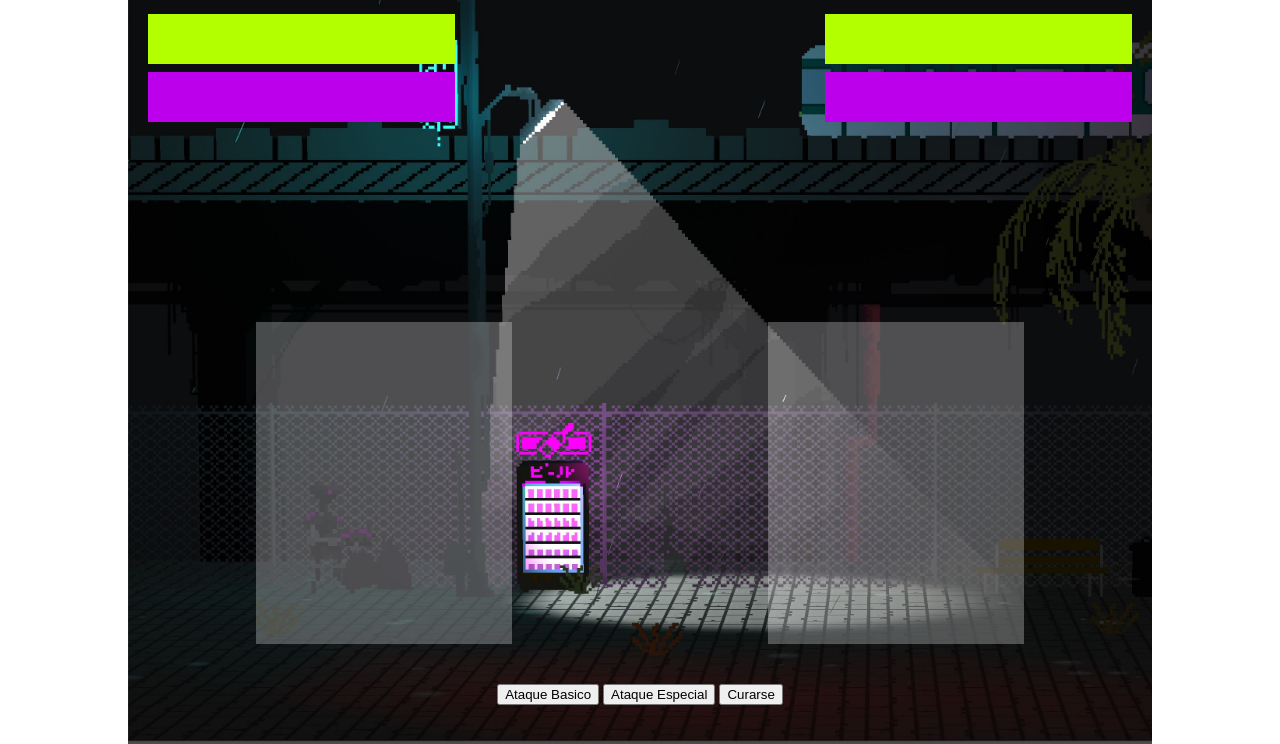
Repository: NovaDuel/novaduel-game
Page: index.html
These files come from the project's save history. The page is drawn as it stood at one moment and after the next save; the edit follows.
The browser window is 1280 px wide. The pictures show the whole page.

Above is the page before, as saved 2024-03-25 14:55:55.

After the next save:
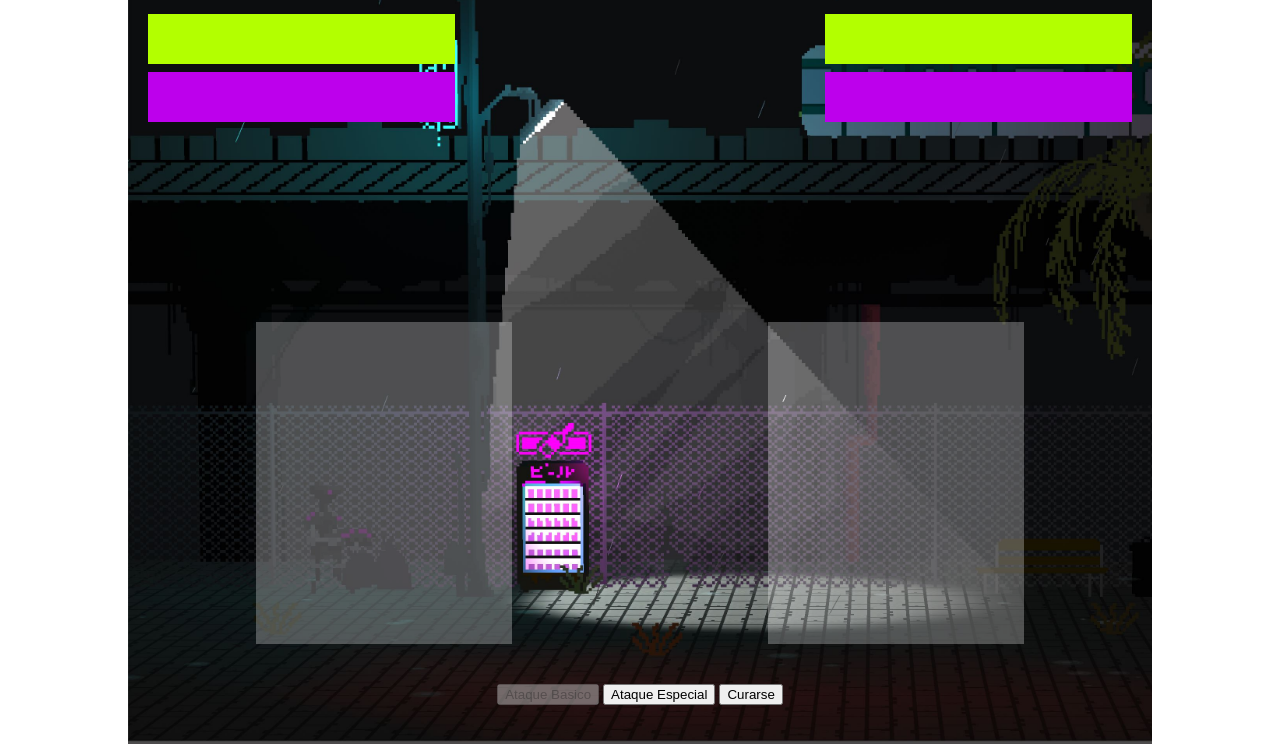
Saved 23 s later.
--- a/index.html
+++ b/index.html
@@ -25,7 +25,7 @@
         </div>
         <div id="actions">
             <div id="buttons">
-                <button id="basic-attack">Ataque Basico</button>
+                <button id="basic-attack" disabled>Ataque Basico</button>
                 <button id="special-attack">Ataque Especial</button>
                 <button id="heal-action">Curarse</button>
             </div>

After the save that followed:
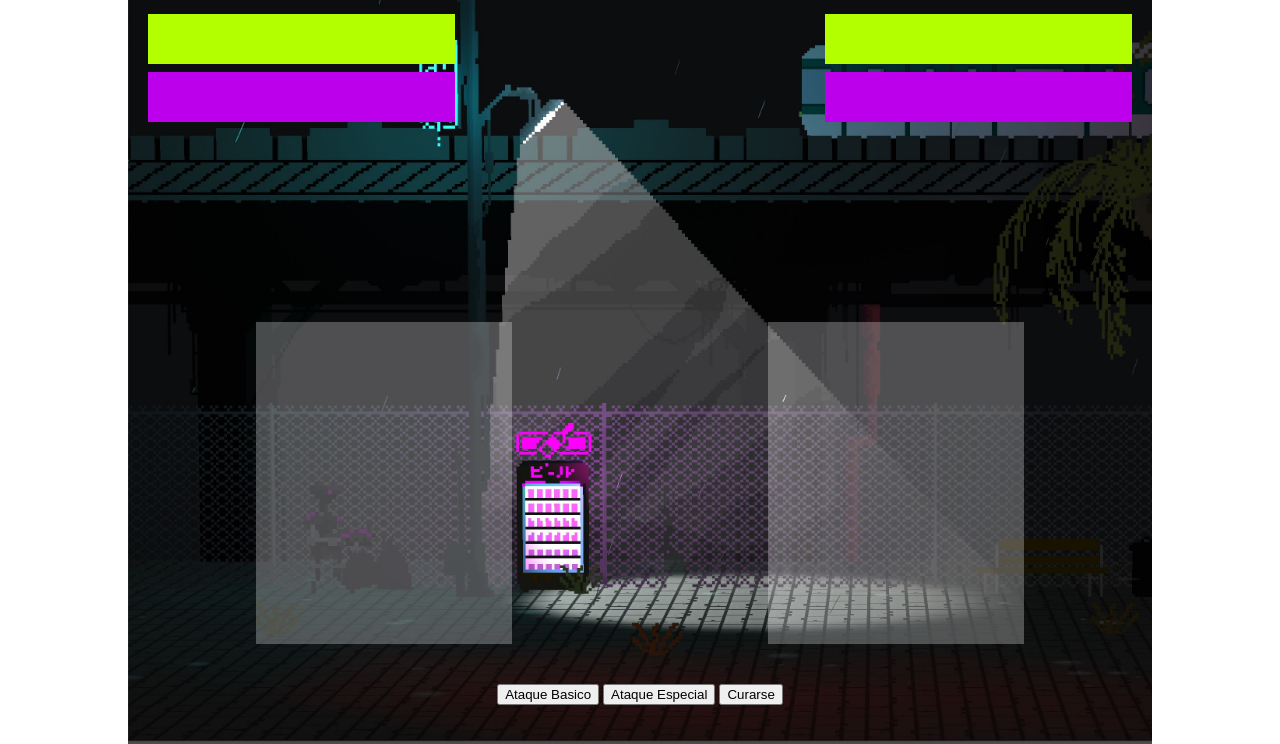
Saved 8 s later.
--- a/index.html
+++ b/index.html
@@ -25,7 +25,7 @@
         </div>
         <div id="actions">
             <div id="buttons">
-                <button id="basic-attack" disabled>Ataque Basico</button>
+                <button id="basic-attack">Ataque Basico</button>
                 <button id="special-attack">Ataque Especial</button>
                 <button id="heal-action">Curarse</button>
             </div>
